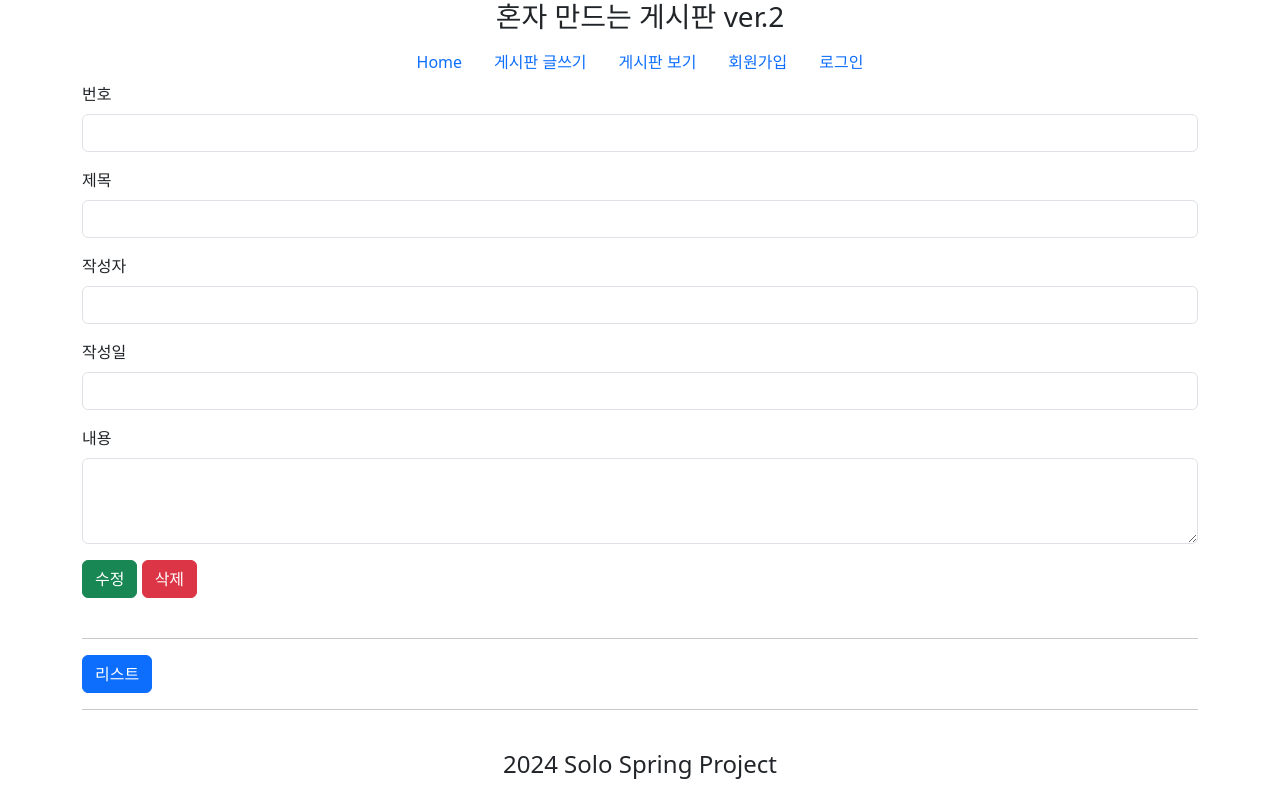
Repository: nefer2/Spring_test
Page: http://localhost/spring_test7/WEB-INF/views/board/detail.jsp
These files come from the project's save history. The page is drawn as it stood at one moment and after the next save; the edit follows.
The browser window is 1280 px wide. The pictures show the whole page.
The page is served by Tomcat 9. Nobody is signed in. Other server files are loaded and not shown. The template is opened directly, without the code that normally fills it, so the values that code supplies are empty.

Above is the page before, as saved 2024-01-18 01:03:47.

### spring_test7/src/main/webapp/WEB-INF/views/board/detail.jsp
<%@ page language="java" contentType="text/html; charset=UTF-8"
    pageEncoding="UTF-8"%>
<%@ taglib uri="http://java.sun.com/jsp/jstl/core" prefix="c" %>
<jsp:include page="../layout/header.jsp"></jsp:include>
<jsp:include page="../layout/navbar.jsp"></jsp:include>


<div class="container-md">
	<div class="mb-3">
	  <label for="Bno" class="form-label">번호</label>
	  <input type="text" name="Bno" class="form-control" id="Bno" value="${bvo.bno }" readonly="readonly">
	</div>

	<div class="mb-3">
	  <label for="title" class="form-label">제목</label>
	  <input type="text" name="title" class="form-control" id="title" value="${bvo.title }" readonly="readonly">
	</div>

	<div class="mb-3">
	  <label for="writer" class="form-label">작성자</label>
	  <input type="text" name="writer" class="form-control" id="writer" value="${bvo.writer }" readonly="readonly">
	</div>

	<div class="mb-3">
	  <label for="reg_date" class="form-label">작성일</label>
	  <span class="badge text-bg-primary">${bvo.readCount }</span>
	  <input type="text" name="reg_date" class="form-control" id="reg_date" value="${bvo.regAt  }" readonly="readonly">
	</div>

	<div class="mb-3">
	  <label for="content" class="form-label">내용</label>
	  <textarea name="content" class="form-control" id="content" rows="3" readonly="readonly">${bvo.content }</textarea>
	</div>

<a href="/board/modify?bno=${bvo.bno }"><button type="button" class="btn btn-success"> 수정 </button></a>
<a href="/board/delete?bno=${bvo.bno }"><button type="button" class="btn btn-danger"> 삭제 </button></a>
<br>
<br>
<hr>
<a href="/board/list"><button type="button" class="btn btn-primary"> 리스트 </button></a>

<hr>
<br>
</div>


<jsp:include page="../layout/footer.jsp"></jsp:include>

### spring_test7/src/main/webapp/WEB-INF/views/layout/header.jsp
<%@ page language="java" contentType="text/html; charset=UTF-8"
    pageEncoding="UTF-8"%>
<!DOCTYPE html>
<html>
<head>
<h3 style="text-align: center;">혼자 만드는 게시판 ver.2</h3>
</head>

### spring_test7/src/main/webapp/WEB-INF/views/layout/navbar.jsp
<%@ page language="java" contentType="text/html; charset=UTF-8"
    pageEncoding="UTF-8"%>


<script src="https://cdn.jsdelivr.net/npm/bootstrap@5.3.1/dist/js/bootstrap.bundle.min.js" integrity="sha384-HwwvtgBNo3bZJJLYd8oVXjrBZt8cqVSpeBNS5n7C8IVInixGAoxmnlMuBnhbgrkm" crossorigin="anonymous"></script>
<link href="https://cdn.jsdelivr.net/npm/bootstrap@5.3.1/dist/css/bootstrap.min.css" rel="stylesheet" integrity="sha384-4bw+/aepP/YC94hEpVNVgiZdgIC5+VKNBQNGCHeKRQN+PtmoHDEXuppvnDJzQIu9" crossorigin="anonymous">


<ul class="nav justify-content-center">

  <li class="nav-item">
    <a class="nav-link active" aria-current="page" href="/">Home</a>
  </li>
  <li class="nav-item">
    <a class="nav-link" href="/board/register">게시판 글쓰기</a>
  </li>
  <li class="nav-item">
    <a class="nav-link" href="/board/list">게시판 보기</a>
  </li>
    <li class="nav-item">
    <a class="nav-link" href="#">회원가입</a>
  </li>
    <li class="nav-item">
    <a class="nav-link" href="#">로그인</a>
  </li>
</ul>

### spring_test7/src/main/webapp/WEB-INF/views/layout/footer.jsp
<%@ page language="java" contentType="text/html; charset=UTF-8"
    pageEncoding="UTF-8"%>




<div><h4 style="text-align: center;">2024 Solo Spring Project</h4></div>

</body>
</html>

After the next save:
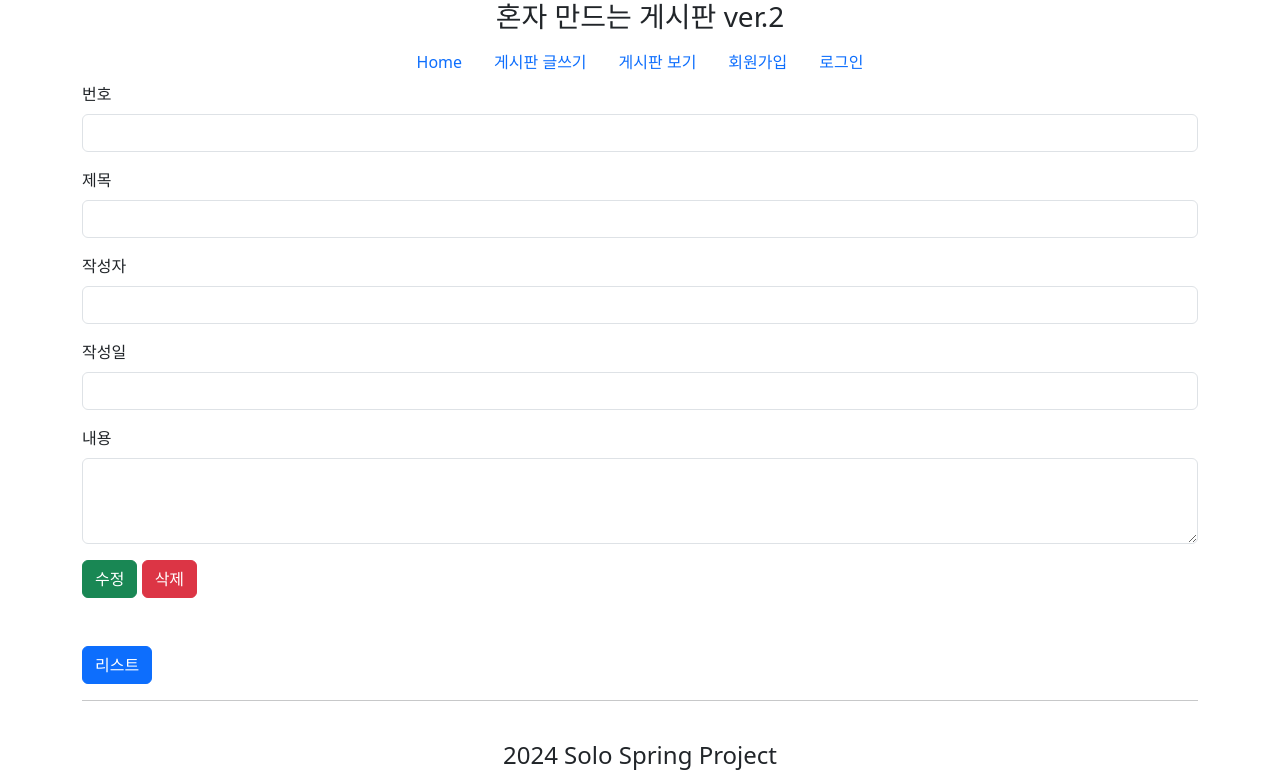
Saved 12 s later.
--- a/spring_test7/src/main/webapp/WEB-INF/views/board/detail.jsp
+++ b/spring_test7/src/main/webapp/WEB-INF/views/board/detail.jsp
@@ -36,7 +36,7 @@
 <a href="/board/delete?bno=${bvo.bno }"><button type="button" class="btn btn-danger"> 삭제 </button></a>
 <br>
 <br>
-<hr>
+<br>
 <a href="/board/list"><button type="button" class="btn btn-primary"> 리스트 </button></a>
 
 <hr>
